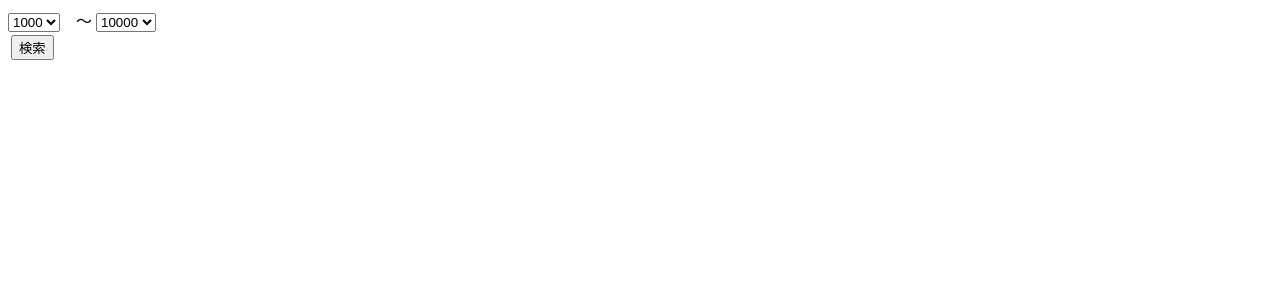
Repository: k0816/backup-master
Page: http://localhost/cycle/partySearchNEW.jsp
The author's editor kept a copy of each file at every save. The page is drawn from the files as they stood at one save, then again after the next save.
The browser window is 1280 px wide. The pictures show the whole page.
The page is served by Tomcat 9.

Above is the page before, as saved 2018-01-23 07:08:31.

After the next save:
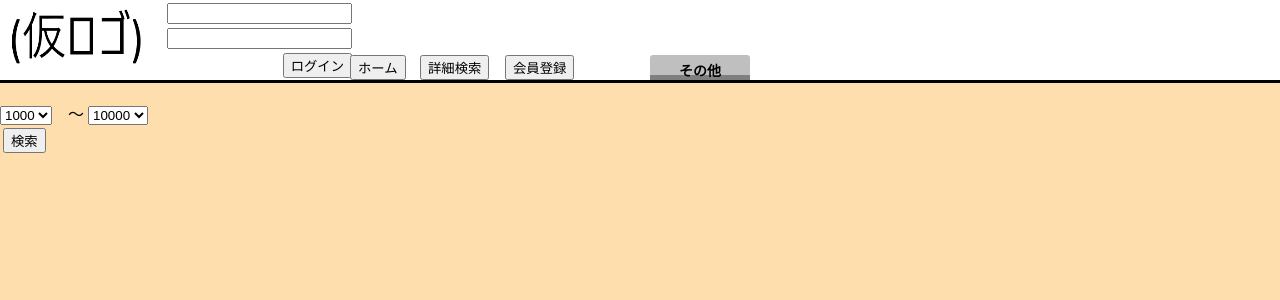
Saved 54 s later.
--- a/cycle/WebContent/partySearchNEW.jsp
+++ b/cycle/WebContent/partySearchNEW.jsp
@@ -10,6 +10,7 @@
 </head>
 <body>
 
+	<jsp:include page="/include.jsp" flush="true" />
 
 <s:form id="form" name="form" action="PartySearchResultAction">
 <select name="partyPrice1">
